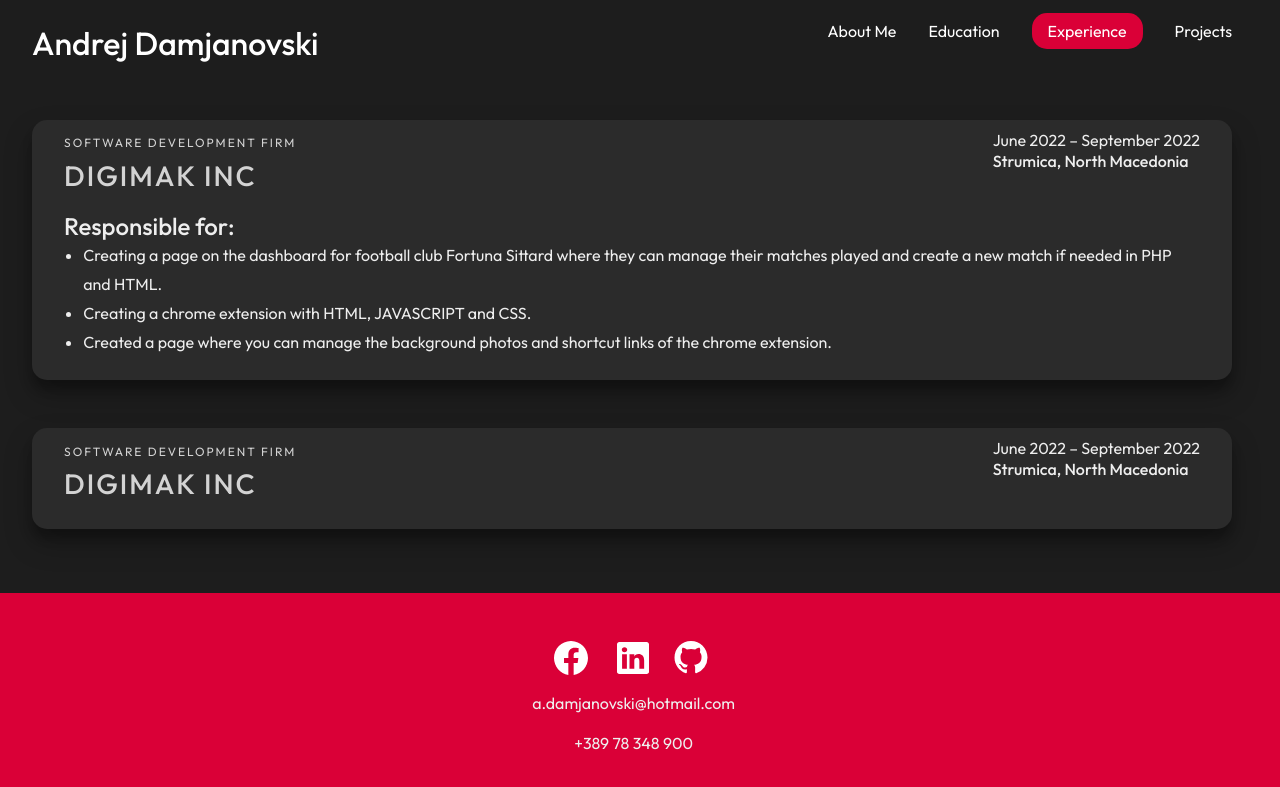
Repository: ADamjanovski/portfolio
Page: experience.html
An editor plug-in stored every save of this project. The page is shown before and after a run of saves, followed by the edit.
The browser window is 1280 px wide. The pictures show the whole page.

Above is the page before, as saved 2023-07-03 12:14:42.

### experience.html
<!DOCTYPE html>
<html lang="en">
<head>
    <meta charset="UTF-8">
    <meta name="viewport" content="width=device-width, initial-scale=1.0">
    <title>Experience</title>
    <link rel="preconnect" href="https://fonts.googleapis.com">
    <link rel="preconnect" href="https://fonts.gstatic.com" crossorigin>
    <link href="https://fonts.googleapis.com/css2?family=Inter:wght@300&family=Outfit:wght@400;500;600;700&display=swap" rel="stylesheet">
    <link href="https://cdn.jsdelivr.net/npm/bootstrap@5.3.0/dist/css/bootstrap.min.css" rel="stylesheet" integrity="sha384-9ndCyUaIbzAi2FUVXJi0CjmCapSmO7SnpJef0486qhLnuZ2cdeRhO02iuK6FUUVM" crossorigin="anonymous">
    <link rel="stylesheet" href="style.css">
</head>
<body>
    <div class="navbar">
        <h2><a href="index.html">Andrej Damjanovski</a></h2>
        <div >
            <ul class="navbar-links">
                <li ><a href="aboutme.html" >About Me</a></li>
                <li><a href="education.html">Education</a></li>
                <li><a href="experience.html" class="active">Experience</a></li>
                <li><a href="projects.html">Projects</a></li>
            </ul>
        </div>
        <button class="navbar-toggler icon" type="button" data-bs-toggle="offcanvas" data-bs-target="#offcanvasDarkNavbar" aria-controls="offcanvasDarkNavbar" aria-label="Toggle navigation">
            <span class=""><svg fill="#FFFFFF" xmlns="http://www.w3.org/2000/svg"  viewBox="0 0 50 50" width="30px" height="30px" ><path d="M 0 9 L 0 11 L 50 11 L 50 9 Z M 0 24 L 0 26 L 50 26 L 50 24 Z M 0 39 L 0 41 L 50 41 L 50 39 Z"/></svg></span>
          </button>
    </div>
    <div class="offcanvas offcanvas-end text-bg-dark" tabindex="-1" id="offcanvasDarkNavbar" aria-labelledby="offcanvasDarkNavbarLabel">
        <div class="offcanvas-header color flex-end">
            <button type="button" class="btn-close btn-close-white" data-bs-dismiss="offcanvas" aria-label="Close"></button>
        </div>
        <div class="offcanvas-body color">
            <ul class="navbar-nav justify-content-end flex-grow-1 pe-3">
                <li class="nav-item">
                  <a class=" margin nav-link " aria-current="page" href="aboutme.html">About Me</a>
                </li>
                <li class="margin nav-item">
                  <a class="nav-link " href="education.html">Education</a>
                </li>
                <li class=" nav-item">
                    <a class="nav-link active" href="experience.html">Experience</a>
                </li>
                <li class="margin nav-item">
                <a class="nav-link" href="projects.html">Projects</a>
                </li>
            </ul>
        </div>
    </div>
    <div class="job-description">
        <div class="job-header">
            <div class="role">
                <p class="my-role">Software Development Firm</p>
                <h3>DIGIMAK INC</h3>
            </div>
            <div class="Company-details">
                <p>June 2022 – September 2022</p>
                <h6>Strumica, North Macedonia</h6>
            </div>
        </div>
        <div class="responsible">
            <h4>Responsible for:</h4>
            <ul>
                <li>Creating a page on the dashboard for football club Fortuna Sittard where they can manage their matches played and create a new match if needed in PHP and HTML.</li>
                <li>Creating a chrome extension with HTML, JAVASCRIPT and CSS.</li>
                <li>Created a page where you can manage the background photos and shortcut links of the chrome extension.</li>
            </ul>

        </div>
    </div>
    <div class="job-description">
        <div class="job-header">
            <div class="role">
                <p class="my-role">Software Development Firm</p>
                <h3>DIGIMAK INC</h3>
            </div>
            <div class="Company-details">
                <p>June 2022 – September 2022</p>
                <h6>Strumica, North Macedonia</h6>
            </div>
        </div>
    </div>
    <footer>
        <a href="https://www.facebook.com/andrej.damjanovska"><svg xmlns="http://www.w3.org/2000/svg" width="50" height="34" fill="currentColor" class="bi bi-facebook" viewBox="0 0 16 16">
            <path d="M16 8.049c0-4.446-3.582-8.05-8-8.05C3.58 0-.002 3.603-.002 8.05c0 4.017 2.926 7.347 6.75 7.951v-5.625h-2.03V8.05H6.75V6.275c0-2.017 1.195-3.131 3.022-3.131.876 0 1.791.157 1.791.157v1.98h-1.009c-.993 0-1.303.621-1.303 1.258v1.51h2.218l-.354 2.326H9.25V16c3.824-.604 6.75-3.934 6.75-7.951z"/>
          </svg></a>
        <a  href="https://www.linkedin.com/in/andrej-damjanovski"><svg xmlns="http://www.w3.org/2000/svg" width="50" height="32" fill="currentColor" class="bi bi-linkedin linkedin" viewBox="0 0 16 16">
            <path d="M0 1.146C0 .513.526 0 1.175 0h13.65C15.474 0 16 .513 16 1.146v13.708c0 .633-.526 1.146-1.175 1.146H1.175C.526 16 0 15.487 0 14.854V1.146zm4.943 12.248V6.169H2.542v7.225h2.401zm-1.2-8.212c.837 0 1.358-.554 1.358-1.248-.015-.709-.52-1.248-1.342-1.248-.822 0-1.359.54-1.359 1.248 0 .694.521 1.248 1.327 1.248h.016zm4.908 8.212V9.359c0-.216.016-.432.08-.586.173-.431.568-.878 1.232-.878.869 0 1.216.662 1.216 1.634v3.865h2.401V9.25c0-2.22-1.184-3.252-2.764-3.252-1.274 0-1.845.7-2.165 1.193v.025h-.016a5.54 5.54 0 0 1 .016-.025V6.169h-2.4c.03.678 0 7.225 0 7.225h2.4z"/>
          </svg></a>
        <a href="https://github.com/ADamjanovski"><svg xmlns="http://www.w3.org/2000/svg" width="60" height="33" fill="currentColor" class="bi bi-github" viewBox="0 0 16 16">
            <path d="M8 0C3.58 0 0 3.58 0 8c0 3.54 2.29 6.53 5.47 7.59.4.07.55-.17.55-.38 0-.19-.01-.82-.01-1.49-2.01.37-2.53-.49-2.69-.94-.09-.23-.48-.94-.82-1.13-.28-.15-.68-.52-.01-.53.63-.01 1.08.58 1.23.82.72 1.21 1.87.87 2.33.66.07-.52.28-.87.51-1.07-1.78-.2-3.64-.89-3.64-3.95 0-.87.31-1.59.82-2.15-.08-.2-.36-1.02.08-2.12 0 0 .67-.21 2.2.82.64-.18 1.32-.27 2-.27.68 0 1.36.09 2 .27 1.53-1.04 2.2-.82 2.2-.82.44 1.1.16 1.92.08 2.12.51.56.82 1.27.82 2.15 0 3.07-1.87 3.75-3.65 3.95.29.25.54.73.54 1.48 0 1.07-.01 1.93-.01 2.2 0 .21.15.46.55.38A8.012 8.012 0 0 0 16 8c0-4.42-3.58-8-8-8z"/>
          </svg></a>
        <p class="email">a.damjanovski@hotmail.com</p>
        <p>+389 78 348 900</p>
    </footer>
    <script src="https://cdn.jsdelivr.net/npm/bootstrap@5.3.0/dist/js/bootstrap.bundle.min.js" integrity="sha384-geWF76RCwLtnZ8qwWowPQNguL3RmwHVBC9FhGdlKrxdiJJigb/j/68SIy3Te4Bkz" crossorigin="anonymous"></script>

</body>
</html>

### style.css
body{
    background-color: #1D1D1D;
    color:rgb(238, 238, 238);
    height: 70vh;
    overflow-x:hidden;
}
*{
    font-family: 'Outfit','Inter', sans-serif;
}
a{
    text-decoration: none;
    color:white;
}
.home-body{
    background-color: #2b2b2b;
    display: flex;
    justify-content: space-around;
    height: inherit;
    align-items: center;
    margin:0rem 3rem 0rem 3rem;
    border-radius: 15px;
    box-shadow: rgba(0, 0, 0, 0.25) 0px 14px 28px, rgba(0, 0, 0, 0.22) 0px 10px 10px;;
}
.home-link{
    font-size: 1.5rem;
    font-weight: 300;
}
#programmer-img{
    width: 500px;
}

#home-name{
    margin-top: 7rem;
    text-align: center;

}
.navbar{
    display: flex;
    height: 10vh;
    justify-content: space-between;
}
.navbar h2{
    margin-left: 2rem;
    margin-top:1rem;
}
.navbar-links{

    margin-right: 3rem;
    display: flex;
    gap: 2rem;
    list-style-type: none;
    font-size: 1rem;
    justify-content: space-around;
}
#personalimg{

    border-radius: 50%;
}
.aboutme-body{
    margin: 3rem;
    display: flex;
    justify-content:space-around;

}
.text{
    padding: 3rem 5rem 5rem 0rem;
    background-color: #2b2b2b;
    margin-right: 7rem;
    border-radius: 15px;
    font-size: 1rem;
    line-height: 2;
    text-align: justify;
    box-shadow: rgba(0, 0, 0, 0.25) 0px 14px 28px, rgba(0, 0, 0, 0.22) 0px 10px 10px;;
}
.aboutme-body p{
    margin-left: 3rem;
}
footer{
    margin-top:4rem;
    background-color: #DA0037;
    width: 99vw;
    padding-top: 3rem;
    padding-bottom: 1rem;
    text-align: center;
    box-shadow: 0 50vh 0 50vh #DA0037;
    align-content: center;
}
.linkedin{
    margin-left:.5rem;
}
.active{
    border-radius: 15px;
    padding: .5rem;
    padding-inline: 1rem;
    background-color: #DA0037;
}

.education-body{
    background-color: #2b2b2b;
    margin: 1rem 3rem 1rem 2rem;
    padding: 1rem 0rem 3rem 3rem;
    border-radius: 15px;
    line-height: 2;
    box-shadow: rgba(0, 0, 0, 0.25) 0px 14px 28px, rgba(0, 0, 0, 0.22) 0px 10px 10px;;
}
.Company-details{


}

.job-description{
    margin:3rem 3rem 0rem 2rem;
    background-color: #2b2b2b;
    padding:.5rem 2rem 1.5rem 2rem;
    border-radius: 15px;
    box-shadow: rgba(0, 0, 0, 0.25) 0px 14px 28px, rgba(0, 0, 0, 0.22) 0px 10px 10px;;
}

.job-header{
    display: flex;
    justify-content: space-between;
}
.role{

    text-transform: uppercase;
    margin-bottom: 0px;
    padding-bottom: 0px;
}
.Company-details *{
    padding:0px;
    margin:0px;
}

.job-description *{
    padding:0px;
    margin:0px;
}
.role *{
    color :lightgrey;
    letter-spacing: 2px;

    padding:0rem;
    margin:.4rem 0 0.25rem 0;
}

.role > p {
    font-size:0.75rem;
}

.responsible{
    line-height: 1.8rem;
    margin-top: 1rem;
}

.project{
    display: flex;
    align-items: center;
    justify-content: space-between;
    margin:3rem 3rem 3rem 2rem;
    background-color: #2b2b2b;
    padding:.5rem 2rem 1.5rem 2rem;
    border-radius: 15px;
    box-shadow: rgba(0, 0, 0, 0.25) 0px 14px 28px, rgba(0, 0, 0, 0.22) 0px 10px 10px;;
}
.project-details{
    display: flex;
    justify-content: space-between;
}

.project-logo{
    margin-right: 4rem;
}
.icon{

    display: none;
    border-color: rgb(238, 238, 238);
}

@media screen and (max-width: 850px) {

    .navbar-links{
        display: none;
    }

    .icon{
        display: flex;
        margin-right: 3rem;
    }
    .active{
        display: inline-block;
        margin-top:.4rem;

    }
    .margin{
        margin-left: 1rem;
    }

}
@media screen and (max-width:1030px) {
    .aboutme-body{
        width: 100%;
        flex-direction: column-reverse;
        align-items: center;
        gap:3rem;
    }
    #personalimg{
        align-self:center;
        margin-right: 5rem;
    }
    .project-logo{
        margin-right: 2rem;
        margin-left: 1rem;
    }
    .job-header{
        flex-direction: column;
    }

}
.color{
    background-color: #2b2b2b;
}
.email{
    margin-top:1rem;
}
.responsible ul{
    margin-left: 1.2rem;
}
.flex-end{
    display: flex;
    justify-content: flex-end;
    padding-right: 1.5rem;
}

After the next 2 saves:
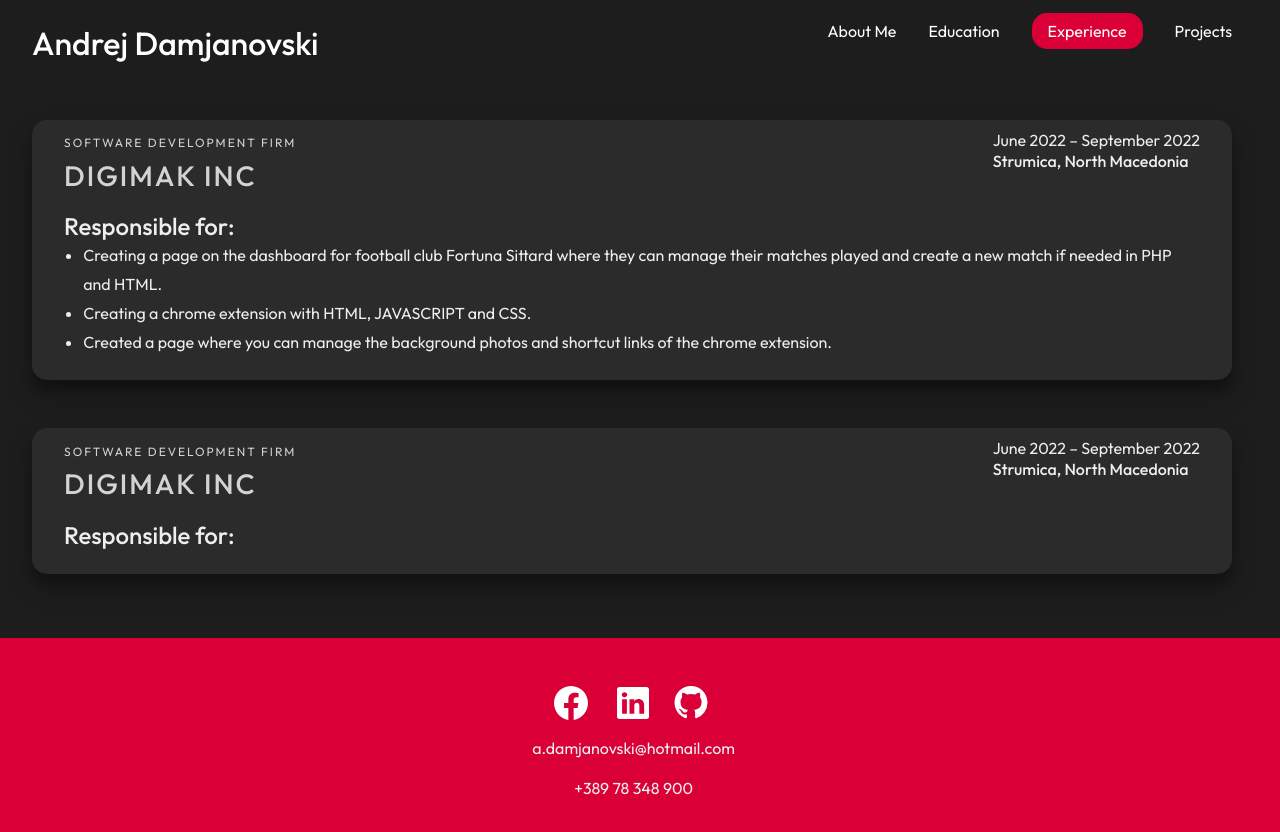
The 2 saves are shown as one change because they came seconds apart.
The last was saved 53 s later.
--- a/experience.html
+++ b/experience.html
@@ -78,6 +78,10 @@
                 <h6>Strumica, North Macedonia</h6>
             </div>
         </div>
+        <div class="responsible">
+            <h4>Responsible for:</h4>
+
+        </div>
     </div>
     <footer>
         <a href="https://www.facebook.com/andrej.damjanovska"><svg xmlns="http://www.w3.org/2000/svg" width="50" height="34" fill="currentColor" class="bi bi-facebook" viewBox="0 0 16 16">
